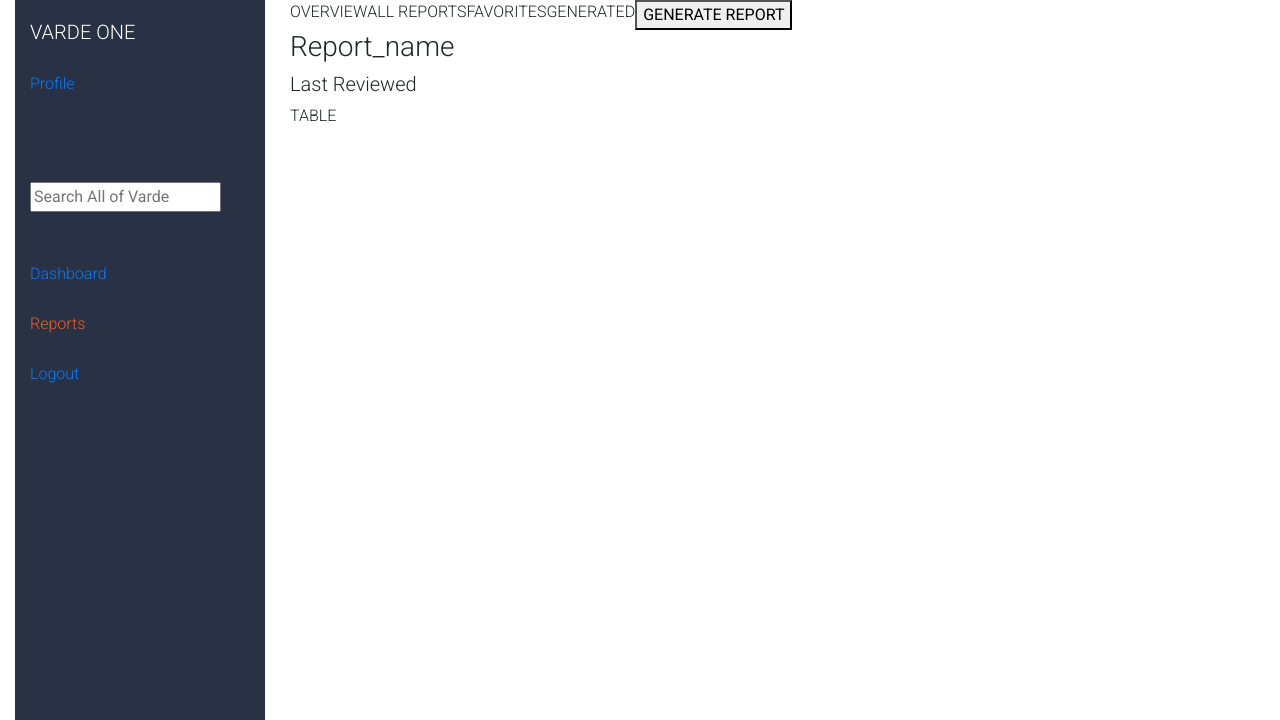
Repository: slavishtipkov/cra-redux
Page: /reports
These files come from the project's save history. The page is drawn as it stood at one moment and after the next save; the edit follows.
The browser window is 1280 px wide. The pictures show the whole page.
The project was rebuilt for these pictures with package versions that can differ from the ones it lists, and the page was loaded fresh each time.

Above is the page before, as saved 2019-07-09 12:53:04.

### src/index.js
import React from "react";
import ReactDOM from "react-dom";
import { BrowserRouter as Router } from "react-router-dom";

import * as serviceWorker from "./serviceWorker";

import "@fortawesome/fontawesome-free/css/all.min.css";
import "bootstrap-css-only/css/bootstrap.min.css";
import "mdbreact/dist/css/mdb.css";

import App from "./Components/App";

import "./index.css";

ReactDOM.render(
  <Router>
    <App />
  </Router>,
  document.getElementById("root")
);

// If you want your app to work offline and load faster, you can change
// unregister() to register() below. Note this comes with some pitfalls.
// Learn more about service workers: https://bit.ly/CRA-PWA
serviceWorker.unregister();

### src/index.css
@import-normalize;

#root {
  max-width: 1350px;
  min-width: 960px;
  margin: 0 auto;
}

### src/Components/App/App.js
import React, { Suspense, lazy } from "react";
import { Route, Switch } from "react-router-dom";

import SideBar from "../Common/SideBar";

import "./App.scss";

const Login = lazy(() => import("../../Containers/Login"));
const Profile = lazy(() => import("../../Containers/Profile"));
const Dashboard = lazy(() => import("../../Containers/Dashboard"));
const Reports = lazy(() => import("../../Containers/Reports"));
const NotFound = lazy(() => import("../Common/NotFound"));

const App = ({ childProps }) => {
  return (
    <div className="container-fluid">
      <SideBar />
      <Suspense fallback={<div>Loading...</div>}>
        <Switch>
          <Route path="/" exact component={Login} props={childProps} />
          <Route path="/profile" exact component={Profile} props={childProps} />
          <Route
            path="/dashboard"
            exact
            component={Dashboard}
            props={childProps}
          />
          <Route path="/reports" exact component={Reports} props={childProps} />
          <Route component={NotFound} />
        </Switch>
      </Suspense>
    </div>
  );
};

export default App;

### src/Components/App/App.scss
.container-fluid {
  width: 100%;
  height: 100vh;

  display: flex;
  align-items: stretch;

  .side-bar {
    width: 20%;
  }

  .page {
    padding-left: 25px;
    width: 80%;

    .page-header {
      .page-header-nav ul {
        display: flex;
        margin: 0;
        padding: 0;

        li {
          text-decoration: none;
          display: block;
        }
      }
    }
  }
}

### src/Containers/Reports/index.js
import Reports from "./Reports";

export default Reports;

### src/Components/Common/SideBar/SideBar.js
import React from "react";
import { NavLink } from "react-router-dom";

import "./sideBar.scss";
import { MDBContainer, MDBRow, MDBCol } from "mdbreact";
const SideBar = () => {
  const activeStyle = { color: "#F15B2A" };

  return (
    <nav className="side-bar">
      <h5 className="heading">VARDE ONE</h5>
      <div className="profile-section">
        <NavLink to="/profile" activeStyle={activeStyle}>
          Profile
        </NavLink>
      </div>
      <div className="search-bar">
        <input type="text" placeholder="Search All of Varde" />
      </div>
      <div className="main-links">
        <NavLink to="/dashboard" activeStyle={activeStyle}>
          Dashboard
        </NavLink>
        <NavLink to="/reports" activeStyle={activeStyle} exact>
          Reports
        </NavLink>
      </div>
      <NavLink to="/logout" activeStyle={activeStyle}>
        Logout
      </NavLink>
    </nav>
  );
};

export default SideBar;

### src/Containers/Reports/Reports.js
import React from "react";

const Reports = () => (
  <div className="reports-page page">
    <div className="reports-page-header page-header">
      <div className="page-header-nav">
        <ul>
          <li>OVERVIEW</li>
          <li>ALL REPORTS</li>
          <li>FAVORITES</li>
          <li>GENERATED</li>
          <li>
            <button>GENERATE REPORT</button>
          </li>
        </ul>
      </div>
      <div className="page-header-content">
        <h3>Report_name</h3>
      </div>
    </div>
    <div className="page-content">
      <h5>Last Reviewed</h5>
      <div className="table">TABLE</div>
    </div>
  </div>
);

export default Reports;

### src/Components/Common/SideBar/sideBar.scss
.side-bar {
  display: flex;
  flex-direction: column;

  padding-left: 15px;
  padding-right: 15px;
  background-color: #293244;

  .heading {
    padding-top: 20px;
    padding-bottom: 20px;
    color: white;
  }

  .profile-section {
    height: 90px;
    margin-bottom: 20px;
  }

  .serach-bar {
    padding-top: 20px;
    margin-bottom: 50px;

    input {
      display: inline;
    }
  }

  .main-links {
    display: flex;
    flex-direction: column;
    margin-top: 50px;

    a {
      height: 50px;
      text-decoration: none;
    }
  }
}

Loaded but not shown: public/index.html (common file); src/serviceWorker.js (common file); src/Components/App/index.js (common file); src/Components/Common/SideBar/index.js (common file)

After the next save:
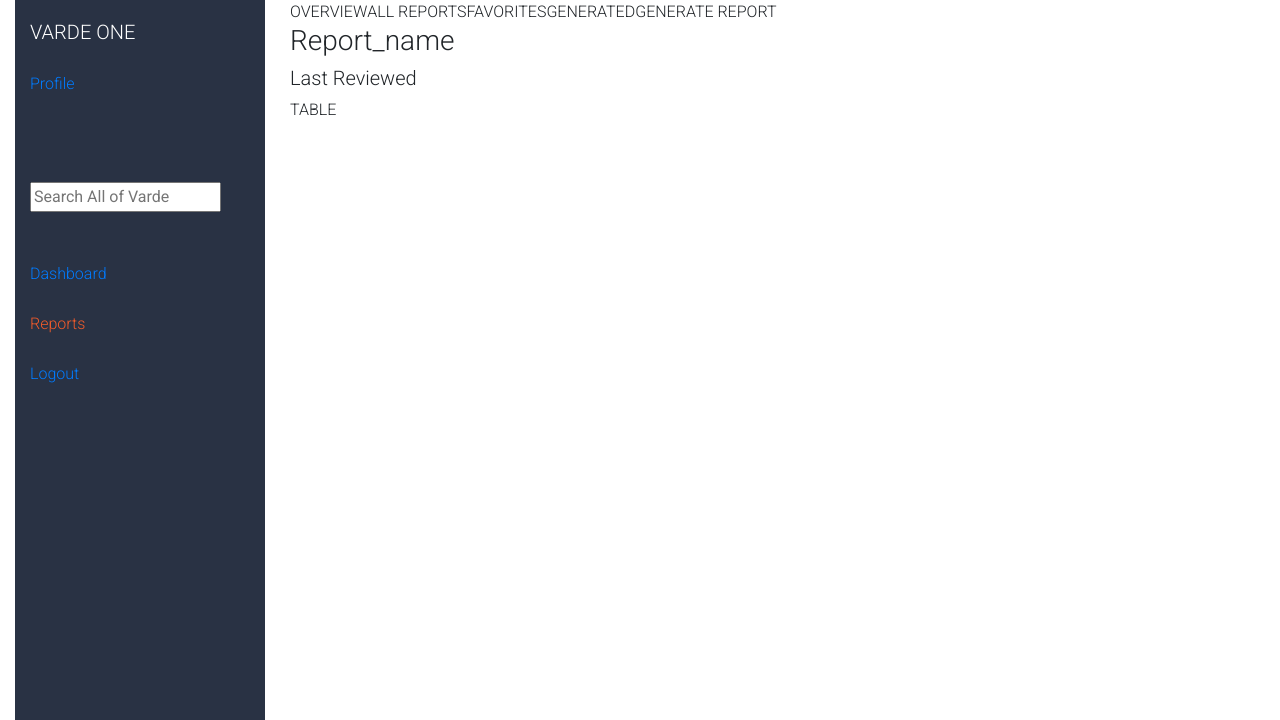
Saved 20 min 52 s later.
--- a/src/Containers/Reports/Reports.js
+++ b/src/Containers/Reports/Reports.js
@@ -9,9 +9,7 @@ const Reports = () => (
           <li>ALL REPORTS</li>
           <li>FAVORITES</li>
           <li>GENERATED</li>
-          <li>
-            <button>GENERATE REPORT</button>
-          </li>
+          <li>GENERATE REPORT</li>
         </ul>
       </div>
       <div className="page-header-content">
